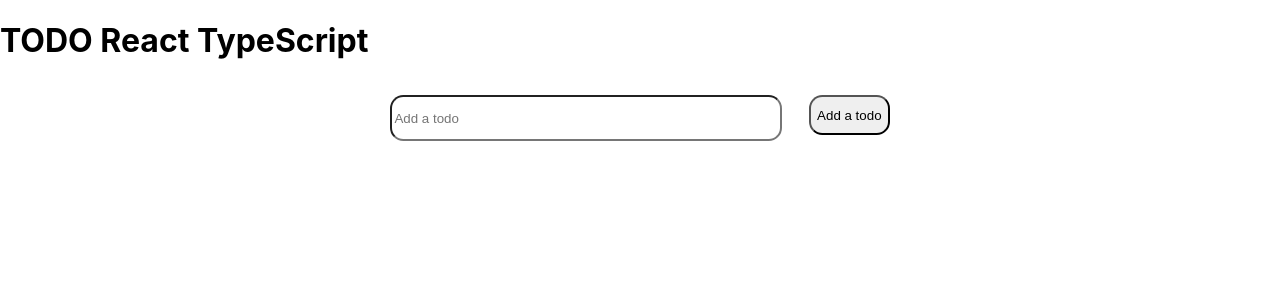
Repository: gligor99/todo-ts-react
Page: /
These files come from the project's save history. The page is drawn as it stood at one moment and after the next save; the edit follows.
The browser window is 1280 px wide. The pictures show the whole page.
The project was rebuilt for these pictures with package versions that can differ from the ones it lists, and the page was loaded fresh each time. Also part of the build but not shown: src/components/TodoListItem.tsx.

Above is the page before, as saved 2021-11-19 21:30:03.

### src/App.tsx
import React, { useState } from "react";
import "./App.css";
import TodoForm from "./components/TodoForm";
import TodoList from "./components/TodoList";

function App() {
  const [todos, setTodos] = useState<Array<Todo>>([]);

  const addTodo: AddTodo = (newTodo) => {
    if (newTodo !== "") {
      setTodos([...todos, { text: newTodo, complete: false }]);
    }
  };

  const toggleComplete: ToggleComplete = (selectedTodo) => {
    const updatedTodos = todos.map((todo) => {
      if (todo === selectedTodo) {
        return { ...todo, complete: !todo.complete };
      }
      return todo;
    });
    setTodos(updatedTodos)
  };

  return (
    <div className="App">
      <h1>TODO React TypeScript</h1>
      <TodoForm addTodo={addTodo} />
      <TodoList todos={todos} toggleComplete={toggleComplete} />
    </div>
  );
}

export default App;

### src/App.css
.todo-form {
    display: flex;
    justify-content: center;
}
.todo-input {
    margin: 1em;
    height: 3em;
    border-radius: 1em;
    width: 30%;
}
.todo-button {
    border-radius: 1em;
    height: 3em;
    margin: 1em;
}

### src/components/TodoForm.tsx
import React, { ChangeEvent, FormEvent, useState } from "react";

interface TodoFormProps {
  addTodo: AddTodo;
}

const TodoForm: React.FC<TodoFormProps> = ({ addTodo }) => {
  const [newTodo, setNewTodo] = useState<string>("");

  const handleChange = (e: ChangeEvent<HTMLInputElement>) => {
    setNewTodo(e.target.value);
  };

  const handleSubmit = (e: FormEvent<HTMLButtonElement>) => {
    e.preventDefault();
    addTodo(newTodo);
    setNewTodo("");
  };

  return (
    <form className="todo-form">
      <input
        type="text"
        value={newTodo}
        className="todo-input"
        placeholder="Add a todo"
        onChange={handleChange}
      />
      <button type="submit" className="todo-button" onClick={handleSubmit}>
        Add a todo
      </button>
    </form>
  );
};

export default TodoForm;

### src/components/TodoList.tsx
import React from "react";
import TodoListItem from "./TodoListItem";

interface TodoListProps {
  todos: Array<Todo>;
  toggleComplete: ToggleComplete;
}

const TodoList: React.FC<TodoListProps> = ({ todos, toggleComplete }) => {
  return (
    <ul>
      {todos.map((todo) => {
          return (
              <ul>
                  <TodoListItem key={todo.text} todo={todo} toggleComplete={toggleComplete}/>
              </ul>
          )
      })}
    </ul>
  );
};

export default TodoList;

Loaded but not shown: public/index.html (common file); src/index.tsx (common file); src/index.css (common file); src/reportWebVitals.ts (common file)

After the next save:
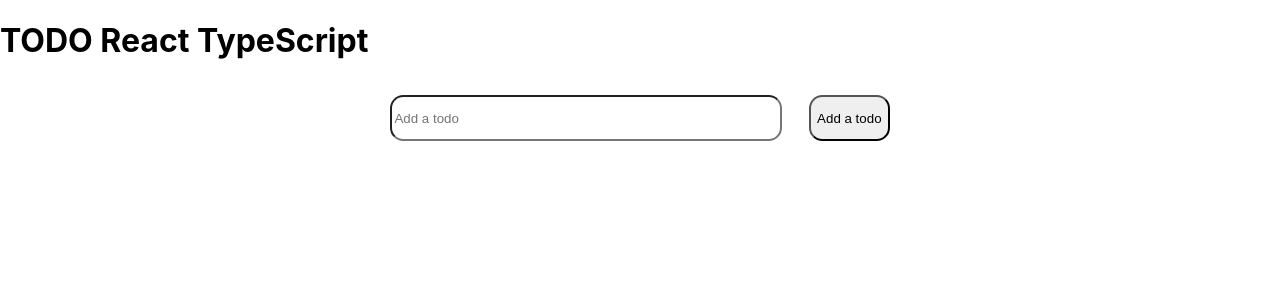
Saved 39 s later.
--- a/src/App.css
+++ b/src/App.css
@@ -10,6 +10,5 @@
 }
 .todo-button {
     border-radius: 1em;
-    height: 3em;
     margin: 1em;
 }
